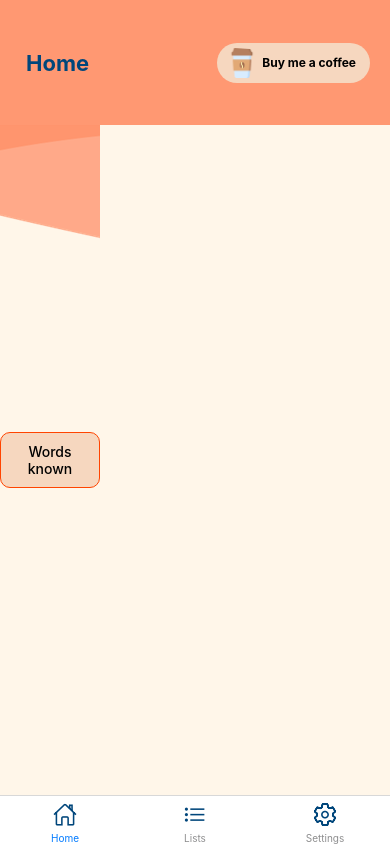
Repository: David-Waite/SpellingApp
Screen: /
An editor plug-in stored every save of this project. The screen is shown before and after the next save, followed by the edit.
The app was drawn by React Native's web renderer in a window 390 px wide. The project was rebuilt for these pictures with package versions that can differ from the ones it lists, and the page was loaded fresh each time. Also part of the build but not shown: screens/Settings.js, screens/SpellWord.js, screens/WordsLearnt.js, screens/WordListOverview.js, screens/WordLists.js, screens/Donate.js.

Above is the screen before, as saved 2023-06-22 22:04:15.

### App.js
import { NavigationContainer } from "@react-navigation/native";
import { StatusBar } from "expo-status-bar";
import { StyleSheet } from "react-native";
import { Ionicons } from "@expo/vector-icons";

import Home from "./screens/Home";
import Settings from "./screens/Settings";
import SpellWord from "./screens/SpellWord";
import WordsLearnt from "./screens/WordsLearnt";
import WordListOverview from "./screens/WordListOverview";
import WordLists from "./screens/WordLists";
import Donate from "./screens/Donate";

import { createStackNavigator } from "@react-navigation/stack";
import { createBottomTabNavigator } from "@react-navigation/bottom-tabs";
import { GlobalStyles } from "./constants/styles";

import CoffeeBtn from "./components/ui/CoffeeBtn";

const BottomTabs = createBottomTabNavigator();
const Stack = createStackNavigator();

function BottomTabsScreens() {
  return (
    <BottomTabs.Navigator>
      <BottomTabs.Screen
        name="Home"
        component={Home}
        headerShadowVisible={false}
        options={({ navigation }) => ({
          headerRight: () => (
            <CoffeeBtn
              onPress={() => {
                navigation.navigate("Donate");
              }}
            />
          ),
          title: "Home",
          tabBarLabel: "Home",
          headerTitleAlign: "left",
          headerShadowVisible: false,
          headerTitleStyle: {
            color: GlobalStyles.colors.accent500,
            fontSize: 22,
            marginLeft: 10,
            fontWeight: 700,
          },
          headerStyle: {
            backgroundColor: GlobalStyles.colors.primary400,
            height: 125,
          },

          tabBarIcon: ({ color, size }) => (
            <Ionicons
              name="home-outline"
              size={size}
              color={GlobalStyles.colors.accent500}
            />
          ),
        })}
      />
      <BottomTabs.Screen
        name="WordLists"
        component={WordLists}
        options={{
          title: "Word Lists",
          tabBarLabel: "Lists",
          tabBarIcon: ({ color, size }) => (
            <Ionicons
              name="list-outline"
              size={size}
              color={GlobalStyles.colors.accent500}
            />
          ),
        }}
      />
      <BottomTabs.Screen
        name="Settings"
        component={Settings}
        options={{
          title: "Settings",
          tabBarLabel: "Settings",
          tabBarIcon: ({ color, size }) => (
            <Ionicons
              name="settings-outline"
              size={size}
              color={GlobalStyles.colors.accent500}
            />
          ),
        }}
      />
    </BottomTabs.Navigator>
  );
}
export default function App() {
  return (
    <>
      <StatusBar style="light" />
      <NavigationContainer>
        <Stack.Navigator>
          <Stack.Screen
            name="BottomTabsScreen"
            component={BottomTabsScreens}
            options={{ headerShown: false }}
          />
          <Stack.Screen
            name="WordsLearnt"
            component={WordsLearnt}
            options={{ presentation: "modal" }}
          />
          <Stack.Screen name="WordListOverview" component={WordListOverview} />
          <Stack.Screen
            name="SpellWord"
            component={SpellWord}
            options={{ presentation: "modal" }}
          />
          <Stack.Screen
            name="Donate"
            component={Donate}
            options={{ presentation: "modal" }}
          />
        </Stack.Navigator>
      </NavigationContainer>
    </>
  );
}

const styles = StyleSheet.create({
  container: {
    flex: 1,
    backgroundColor: "#fff",
    alignItems: "center",
    justifyContent: "center",
  },
});

### screens/Home.js
import { ImageBackground, Text, View } from "react-native";

import { StyleSheet } from "react-native";
import { GlobalStyles } from "../constants/styles";

import WordsLearntCard from "../components/ui/WordsLearntCard";
function Home({ navigation }) {
  return (
    <View style={styles.container}>
      <ImageBackground
        style={styles.ImageBackground}
        source={require("../images/SpellingAppHeaderBackground.png")}
      >
        <WordsLearntCard navigation={navigation} />
      </ImageBackground>
    </View>
  );
}

export default Home;

const styles = StyleSheet.create({
  container: {
    flex: 1,
    backgroundColor: GlobalStyles.colors.background,
  },
  ImageBackground: {
    resizeMode: "fill",

    flex: 1,
    width: 100,
    justifyContent: "center",
  },
});

### constants/styles.js
export const GlobalStyles = {
  colors: {
    background: "#FFF6E9",
    primary50: "#FFF0E5",
    primary100: "#F6D7BF",
    primary100Dark: "#c7ad99",
    primary300: "#FFA989",
    primary400: "#FF9872",
    primary500: "#FF946E",
    primary800: "#FF4400",
    accent500: "#00467B",
    success500: "#0A8900",
    error500: "#FF0000",
  },
};

### components/ui/CoffeeBtn.js
import { Image } from "react-native";
import { StyleSheet } from "react-native";
import { Pressable } from "react-native";
import { View, Text } from "react-native";
import { GlobalStyles } from "../../constants/styles";

function CoffeeBtn({ onPress }) {
  return (
    <Pressable
      onPress={onPress}
      style={({ pressed }) => [styles.conatiner, pressed && styles.pressed]}
    >
      <View style={styles.layoutConatiner}>
        <Image
          style={styles.coffee}
          source={require("../../images/coffee-cup.png")}
        />
        <Text style={styles.text}>Buy me a coffee</Text>
      </View>
    </Pressable>
  );
}

export default CoffeeBtn;

const styles = StyleSheet.create({
  conatiner: {
    backgroundColor: GlobalStyles.colors.primary100,
    borderRadius: 20,

    paddingLeft: 10,
    paddingRight: 14,
    paddingVertical: 5,

    marginRight: 20,
  },
  layoutConatiner: {
    flexDirection: "row",
    alignItems: "center",
    gap: 5,
  },
  text: {
    fontSize: 12,
    fontWeight: 700,
  },
  coffee: {
    width: 30,
    height: 30,
  },
  pressed: {
    backgroundColor: GlobalStyles.colors.primary100Dark,
    borderRadius: 20,
  },
});

### components/ui/WordsLearntCard.js
import { Text, StyleSheet } from "react-native";

import { GlobalStyles } from "../../constants/styles";
import { Pressable } from "react-native";
import { View } from "react-native";

function WordsLearntCard({ navigation }) {
  return (
    <Pressable onPress={() => navigation.navigate("WordsLearnt")}>
      <View style={styles.container}>
        <Text style={styles.WordsKnownText}>Words known</Text>
      </View>
    </Pressable>
  );
}

export default WordsLearntCard;

const styles = StyleSheet.create({
  container: {
    backgroundColor: GlobalStyles.colors.primary100,
    paddingHorizontal: 10,
    paddingVertical: 10,
    borderRadius: 10,
    borderColor: GlobalStyles.colors.primary800,
    borderWidth: 1,
  },
  WordsKnownText: {
    textAlign: "center",
    fontWeight: "500",
  },
  pressed: {
    opacity: 0.75,
  },
});

After the next save:
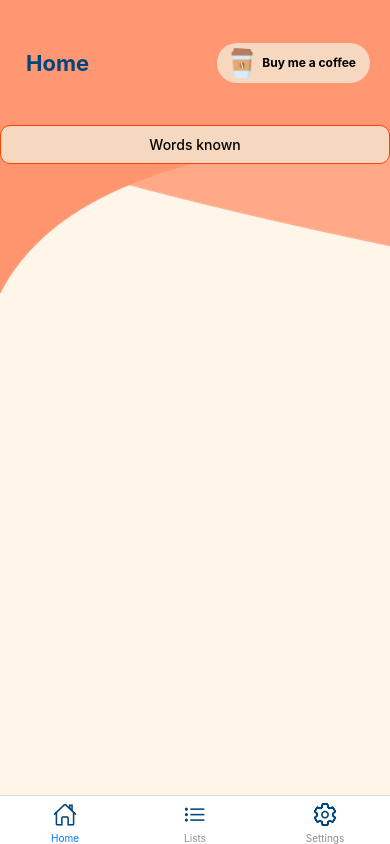
Saved 7 s later.
--- a/screens/Home.js
+++ b/screens/Home.js
@@ -25,10 +25,6 @@ const styles = StyleSheet.create({
     backgroundColor: GlobalStyles.colors.background,
   },
   ImageBackground: {
-    resizeMode: "fill",
-
-    flex: 1,
-    width: 100,
     justifyContent: "center",
   },
 });
